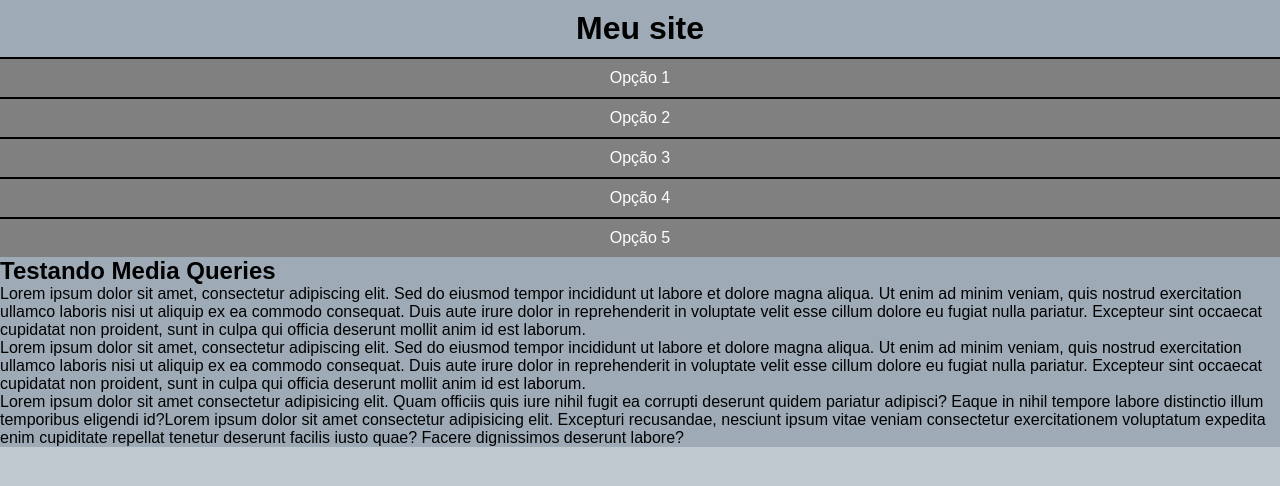
Repository: Sandro1969-tech/menu-hamburger
Page: index.html
An editor plug-in stored every save of this project. The page is shown before and after a run of saves, followed by the edit.
The browser window is 1280 px wide. The pictures show the whole page.

Above is the page before, as saved 2025-12-25 18:09:11.

After the next 2 saves:
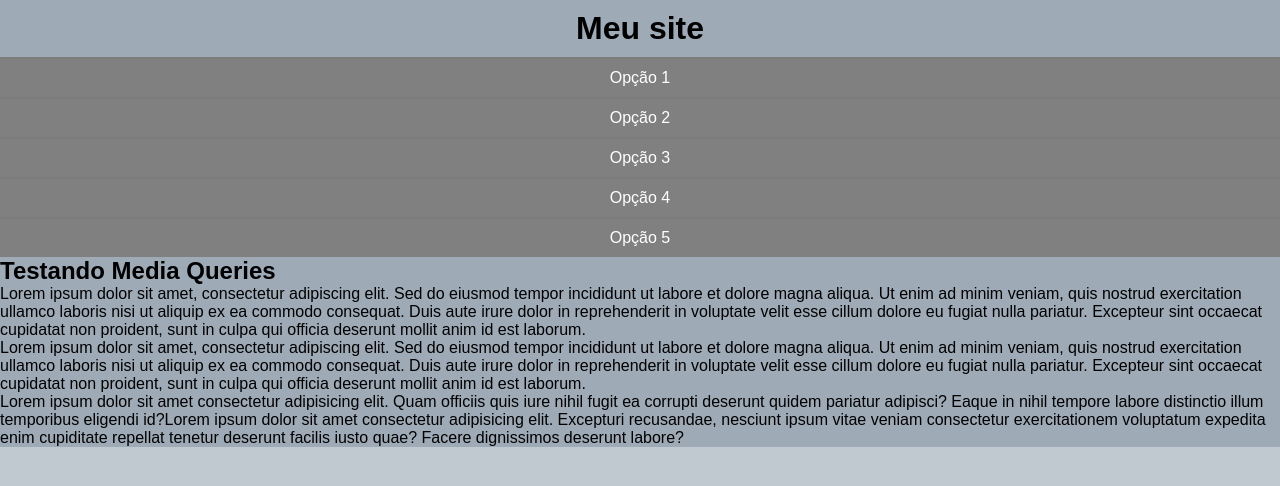
The 2 saves are shown as one change because they came seconds apart.
The last was saved 16 s later.
--- a/style.css
+++ b/style.css
@@ -33,5 +33,5 @@ menu a {
     background-color: grey;
     text-align: center;
     color: white;
-    border-top: 2px solid black;
+    border-top: 2px solid rgba(0, 0, 0, 0.034);
 }
